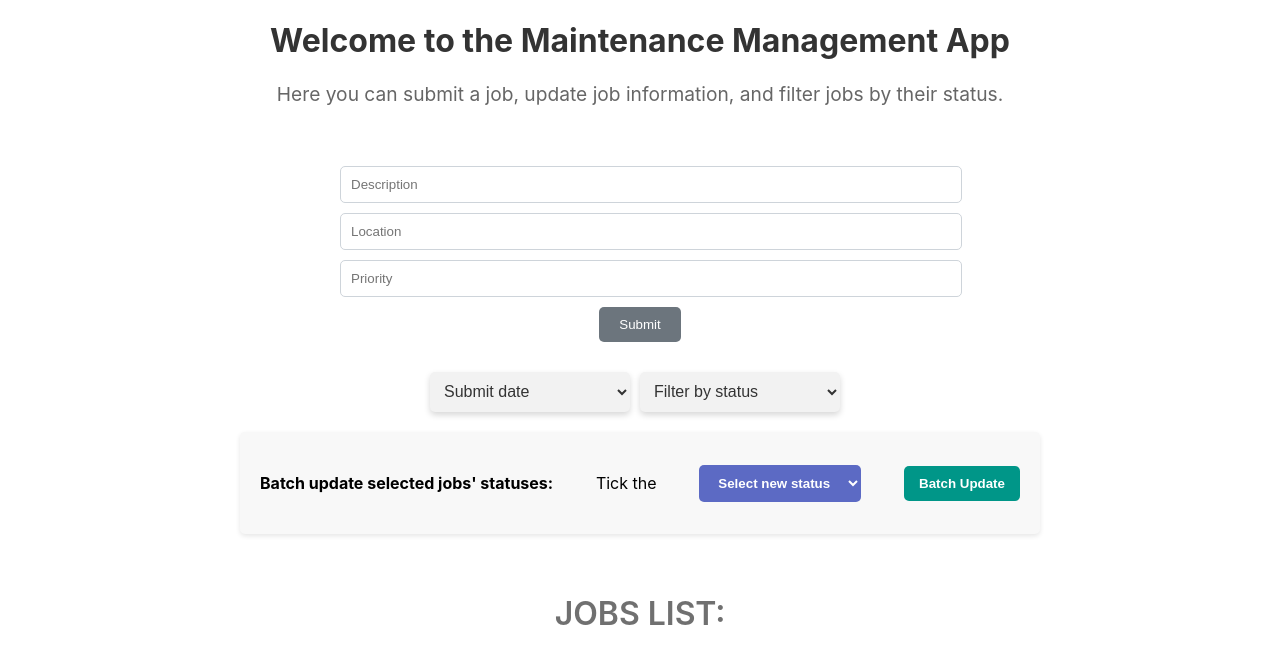
Repository: mikasteyn999/Maintenance-Manager-App
Page: / (app in frontend/)
An editor plug-in stored every save of this project. The page is shown before and after the next save, followed by the edit.
The browser window is 1280 px wide. The pictures show the whole page.
The page's requests for data from a server got no answer. The project was rebuilt for these pictures with package versions that can differ from the ones it lists, and the page was loaded fresh each time. No one was signed in, and anything a server would have sent is missing. Also part of the build but not shown: frontend/src/style/Job.css, frontend/src/components/Job.js, frontend/src/style/JobUpdateForm.css, frontend/src/components/JobUpdateForm.js.

Above is the page before, as saved 2023-06-05 16:49:13.

### frontend/src/App.js
// Import necessary libraries and components
import React from 'react';
import Router from './Router';
import './style/App.css'

// Define the App component
// This component uses the Router component to handle routing
const App = () => {
  return (
    <div className="app">
      <h1 className="app-title">Welcome to the Maintenance Management App</h1> {/* Welcome title */}
      <p className="app-instructions">Here you can submit a job, update job information, and filter jobs by their status.</p> {/* Instructions */}
      <Router /> {/* Use Router component for handling routes */}
    </div>
  );
}

// Export the App component
export default App;

### frontend/src/Router.js
// Import necessary libraries and components
import React from 'react';
import { BrowserRouter as Router, Route, Routes } from 'react-router-dom';
import Home from './components/Home';
import JobForm from './components/JobForm';
import JobsList from './components/JobsList';
import JobUpdateForm from './components/JobUpdateForm'

// Define the Router component
// This component defines the routes for the React app
// The Home component (which contains both the JobForm and JobsList components) is displayed when the path is exactly "/"
// The JobForm component is displayed when the path is "/submit"
// The JobsList component is displayed when the path is "/jobs"
const AppRouter = () => {
    return (
        <Router>
            <Routes>
                <Route path="/" element={<Home />} /> {/* Home route */}
                <Route path="/submit" element={<JobForm />} /> {/* Job submission route */}
                <Route path="/jobs" element={<JobsList />} /> {/* Jobs listing route */}
                <Route path="/edit/:id" element={<JobUpdateForm />} />
            </Routes>
        </Router>
    );
};

// Export the Router component
export default AppRouter;

### frontend/src/style/App.css
/* App.css */

.app {
  text-align: center;
}

.app-title {
  font-size: 2em;
  color: #333;
  text-align: center;
}

.app-instructions {
  font-size: 1.2em;
  color: #666;
  margin-bottom: 20px;
  text-align: center;
}

/* style the form container */
.app .job-form {
  max-width: 600px;  /* limit the width */
  margin: 0 auto;   /* center the form */
  padding: 20px;    /* add some padding */
}

/* style the jobs list container */
.app .jobs-list {
  max-width: 800px;  /* limit the width */
  margin: 0 auto;   /* center the jobs list */
  padding: 20px;    /* add some padding */
}

### frontend/src/components/Home.js
// Import necessary components
import React from 'react';
import JobsList from './JobsList';

// Define the Home component
// This component contains the job submission form and job listings
const Home = () => {
  return (
    <div className="home">
      <JobsList /> {/* Job listings */}
    </div>
  );
}

// Export the Home component
export default Home;

### frontend/src/components/JobForm.js
// Import React
import React, { useState } from 'react';
import '../style/JobForm.css'; // Import the CSS

// Define the JobForm component. This component will contain a form that allows users to submit a new job.
// The component has a local state, job, which is updated every time the user types in one of the form inputs.
// The handleChange function updates the job state.
// The handleSubmit function makes a POST request to the /jobs route to submit the new job.
const JobForm = (props) => {
  const [job, setJob] = useState({ description: '', location: '', priority: '' });

  // Adding new state variable for error message.
  const [error, setError] = useState('');

  const handleChange = (e) => {
    setJob({ ...job, [e.target.name]: e.target.value });
  };

  const handleSubmit = async (e) => {
    e.preventDefault();

    // Adding form validation. Check that all fields are filled and priority is a number.
    if (!job.description || !job.location || !job.priority) {
      setError('Please fill in all fields'); // Set error message
      return; // Stop the function
    }
    if (isNaN(job.priority)) {
      setError('Priority must be a number'); // Set error message
      return; // Stop the function
    }

    try {
      const response = await fetch('http://localhost:5000/api/jobs', {
        method: 'POST',
        headers: {
          'Content-Type': 'application/json',
        },
        body: JSON.stringify(job),
      });
      if (!response.ok) {
        throw new Error(`HTTP error! status: ${response.status}`);
      }
      const newJob = await response.json();
      console.log("New Job:", newJob);  // log new job
      props.addNewJob(newJob); // add the new job to the jobs list
      setError(''); // Clear the error message if the job was successfully added
    } catch (err) {
      setError('An error occurred when submitting the job'); // Set error message
    }
  };

  // In the return statement, a new paragraph is added to display any error messages
  return (
    <form className="job-form" onSubmit={handleSubmit}>
      {error && <p className="error">{error}</p>} {/* Display error message if there is one */}
      <input type="text" name="description" value={job.description} onChange={handleChange} placeholder="Description" />
      <input type="text" name="location" value={job.location} onChange={handleChange} placeholder="Location" />
      <input type="text" name="priority" value={job.priority} onChange={handleChange} placeholder="Priority" />
      <button type="submit">Submit</button>
    </form>
  );
};

export default JobForm;

### frontend/src/components/JobsList.js
// Import necessary modules
import React, { useEffect, useState } from 'react';
import Job from './Job';
import JobForm from './JobForm';
import '../style/JobsList.css';

// Define the JobsList component
const JobsList = () => {
  // Initialize state variables
  const [jobs, setJobs] = useState([]);
  const [sortOrder, setSortOrder] = useState("date"); // Default sort order is by date
  const [selectedJobs, setSelectedJobs] = useState([]);
  const [filterStatus, setFilterStatus] = useState("");

  // Fetch jobs function
  const fetchJobs = async () => {
    let url = `http://localhost:5000/api/jobs?sort=${sortOrder}`;
    if (filterStatus) url += `&status=${filterStatus}`; // Add status query parameter if a status filter is selected
    const response = await fetch(url);
    const data = await response.json();
    setJobs(data.filter(job => job.status !== 'Archived')); // Filter out archived jobs
  };

  // Fetch jobs when the component is first rendered and when sortOrder or filterStatus changes
  useEffect(() => {
    fetchJobs();
  }, [sortOrder, filterStatus]);

  // Update sort order
  const handleSortChange = (event) => {
    setSortOrder(event.target.value);
  };

    // Batch update function
    const handleBatchUpdate = async () => {
      const status = document.getElementById('batchStatusUpdate').value;
      if (!status) {
        console.error('No status selected for batch update');
        return;
      }
      if (selectedJobs.length === 0) {
        console.error('No jobs selected for batch update');
        return;
      }
      try {
        const response = await fetch('http://localhost:5000/api/jobs/batch', {
            method: 'PUT',
            headers: {
                'Content-Type': 'application/json',
            },
            body: JSON.stringify({ jobIds: selectedJobs, status }),
        });

        if (response.ok) {
          console.log('Batch update successful');
          setSelectedJobs([]); // Clear selected jobs after successful update
          // Here, fetch the jobs again
          fetchJobs();
        } else {
          console.error('Failed to batch update jobs');
        }
      } catch (error) {
        console.error(`An error occurred: ${error}`);
      }
    };

    // Function to handle archive
    const handleArchive = async (jobId) => {
      try {
        const response = await fetch(`http://localhost:5000/api/jobs/archive/${jobId}`, {
          method: 'PUT',
        });

        if (!response.ok) {
          console.error('Failed to archive job');
        } else {
          setJobs(jobs.filter(job => job._id !== jobId)); // Remove the archived job from the local state
        }
      } catch (error) {
        console.error(`An error occurred: ${error}`);
      }
    };

    // Pass handleArchive as a prop to the Job component
    {jobs.map((job) => (
      <Job key={job._id} job={job} handleArchive={handleArchive} selectedJobs={selectedJobs} setSelectedJobs={setSelectedJobs} />
    ))}

    const addNewJob = (newJob) => {
      console.log("addNewJob called with:", newJob);  // log input to addNewJob
      setJobs([newJob, ...jobs]);
    };


    return (
      <div className='jobs-list'>

        {/* Add JobForm here */}
        <JobForm addNewJob={addNewJob} />

        {/* Add sort order dropdown */}
        <select className='select-sort' value={sortOrder} onChange={handleSortChange}>
          <option value="">Sort by</option>
          <option value="date">Submit date</option>
          <option value="status">Status</option>
        </select>

        {/* Add status filter dropdown */}
        <select className='select-filter' value={filterStatus} onChange={(e) => setFilterStatus(e.target.value)}>
          <option value="">Filter by status</option>
          <option value="Submitted">Submitted</option>
          <option value="In Progress">In Progress</option>
          <option value="Completed">Completed</option>
        </select>

        {/* Batch update */}
        <div className='batch-update'>
          <h4>Batch update selected jobs' statuses:</h4>
          <p>Tick the</p>
          <select id="batchStatusUpdate" name="batchStatusUpdate">
            <option value="">Select new status</option>
            <option value="Submitted">Submitted</option>
            <option value="In Progress">In Progress</option>
            <option value="Completed">Completed</option>
          </select>
          <button onClick={handleBatchUpdate}>Batch Update</button>
        </div>

        <div className='jobs-header'>JOBS LIST:</div>

        {/* List the jobs */}
        {jobs.map((job) => (
          <Job key={job._id} job={job} handleArchive={handleArchive} selectedJobs={selectedJobs} setSelectedJobs={setSelectedJobs} />
        ))}
      </div>
    );
};

export default JobsList;

### frontend/src/style/JobForm.css
.job-form {
    margin-bottom: 20px;
}

.job-form input {
    display: block;
    width: 100%;
    padding: 10px;
    margin-bottom: 10px;
    border: 1px solid #ced4da;
    border-radius: 5px;
}

.job-form button {
    padding: 10px 20px;
    border: none;
    border-radius: 5px;
    background-color: #6c757d;
    color: #fff;
    cursor: pointer;
}

### frontend/src/style/JobsList.css
.jobs-list {
    max-width: 600px;
    margin: 0 auto;
    padding: 20px;
}

.jobs-header {
    font-size: xx-large;
    padding: 5%;
    font-weight: 600;
    color: rgb(112, 112, 112);
}

/* Style the select element */
.select-sort {
    width: 200px;
    height: 40px;
    border: none;
    border-radius: 5px;
    padding: 5px 10px;
    margin-bottom: 20px;
    box-shadow: 0 3px 6px 0 rgba(0,0,0,0.16);
    font-size: 16px;
    color: #333;
    background-color: #f2f2f2;
    transition: background-color 0.3s ease;
}

/* Style the options inside the select element */
.select-sort option {
    color: #333;
    background-color: #f2f2f2;
}

/* Change the background color of the select when it's focused */
.select-sort:focus {
    background-color: #e6e6e6;
}

.batch-update {
    display: flex;
    align-items: center;
    justify-content: space-between;
    padding: 20px;
    margin-bottom: 20px;
    background-color: #f8f8f8;
    border-radius: 5px;
    box-shadow: 0 2px 5px rgba(0,0,0,0.1);
}

.batch-update select,
.batch-update button {
    padding: 10px 15px;
    border: none;
    border-radius: 5px;
    background-color: #5c6ac4;
    color: white;
    font-weight: bold;
    cursor: pointer;
}

.batch-update button {
    background-color: #009688;
}

.batch-update button:hover {
    background-color: #00796b;
}

/* Style the select element */
.select-filter {
    width: 200px;
    height: 40px;
    border: none;
    border-radius: 5px;
    padding: 5px 10px;
    margin-bottom: 20px;
    box-shadow: 0 3px 6px 0 rgba(0,0,0,0.16);
    font-size: 16px;
    color: #333;
    background-color: #f2f2f2;
    transition: background-color 0.3s ease;
    margin: 10px;
}

/* Style the options inside the select element */
.select-filter option {
    color: #333;
    background-color: #f2f2f2;
}

Loaded but not shown: frontend/public/index.html (common file); frontend/src/index.js (common file); frontend/src/index.css (common file); frontend/src/reportWebVitals.js (common file)

After the next save:
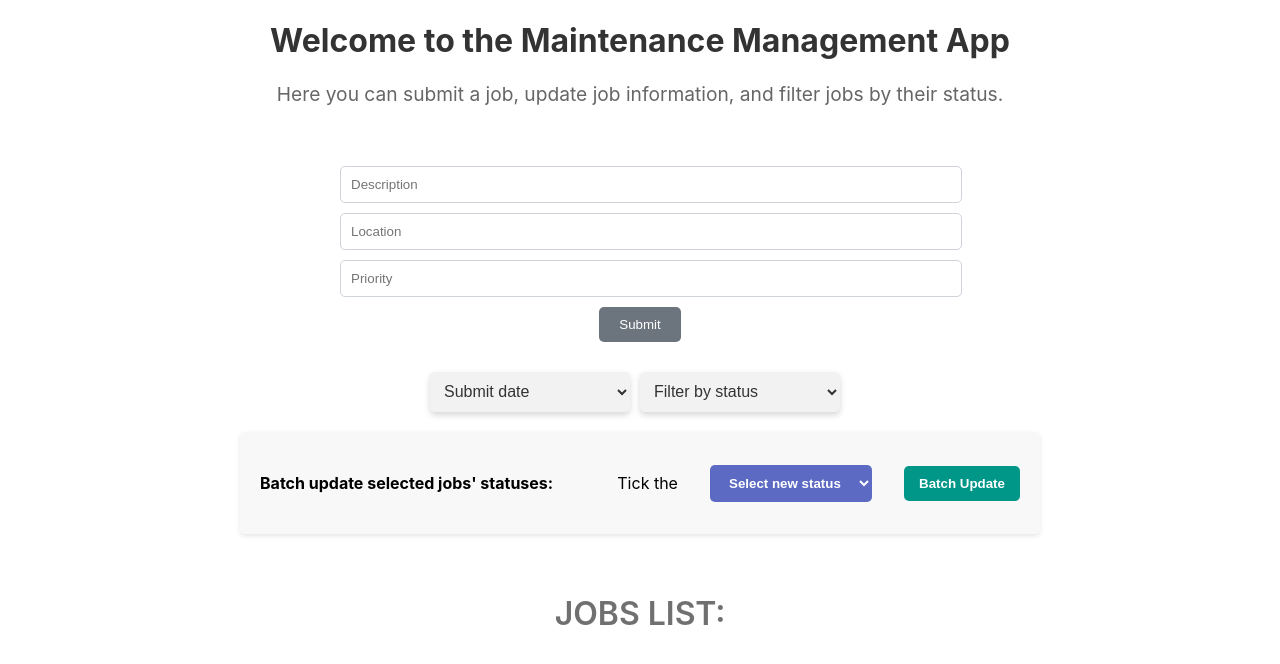
Saved 14 s later.
--- a/frontend/src/components/JobsList.js
+++ b/frontend/src/components/JobsList.js
@@ -116,6 +116,7 @@
         {/* Batch update */}
         <div className='batch-update'>
           <h4>Batch update selected jobs' statuses:</h4>
+          <br></br>
           <p>Tick the</p>
           <select id="batchStatusUpdate" name="batchStatusUpdate">
             <option value="">Select new status</option>

After the save that followed:
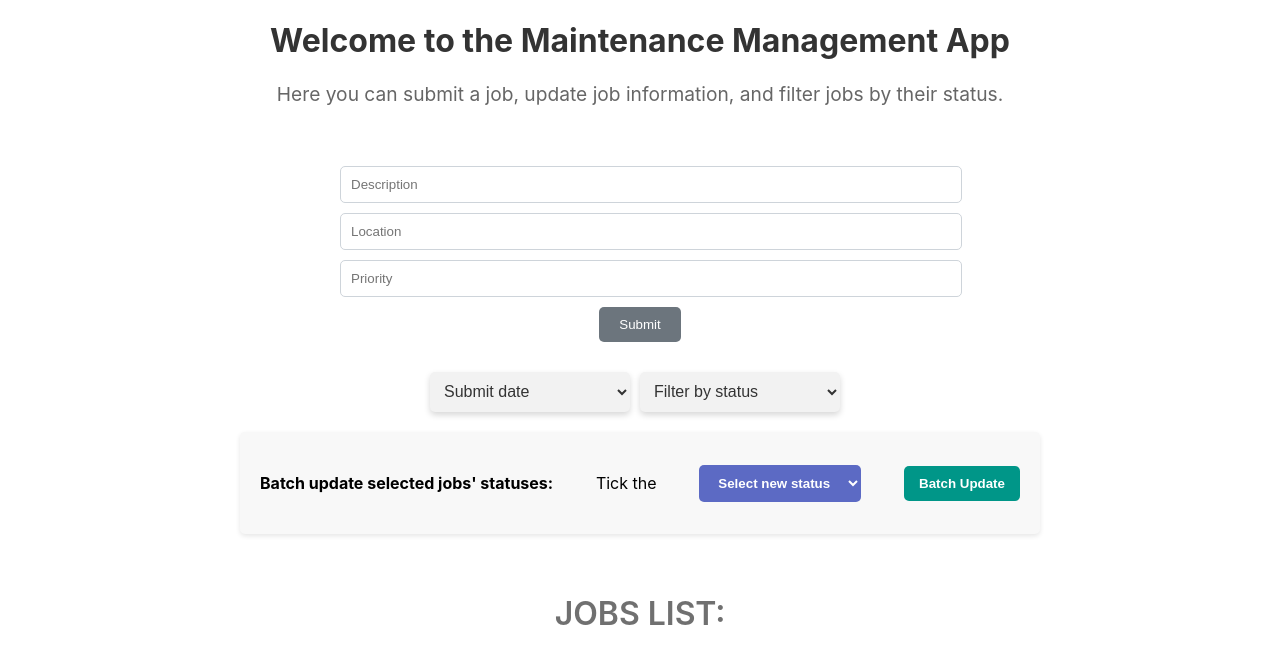
Saved 7 s later.
--- a/frontend/src/components/JobsList.js
+++ b/frontend/src/components/JobsList.js
@@ -116,7 +116,6 @@
         {/* Batch update */}
         <div className='batch-update'>
           <h4>Batch update selected jobs' statuses:</h4>
-          <br></br>
           <p>Tick the</p>
           <select id="batchStatusUpdate" name="batchStatusUpdate">
             <option value="">Select new status</option>
